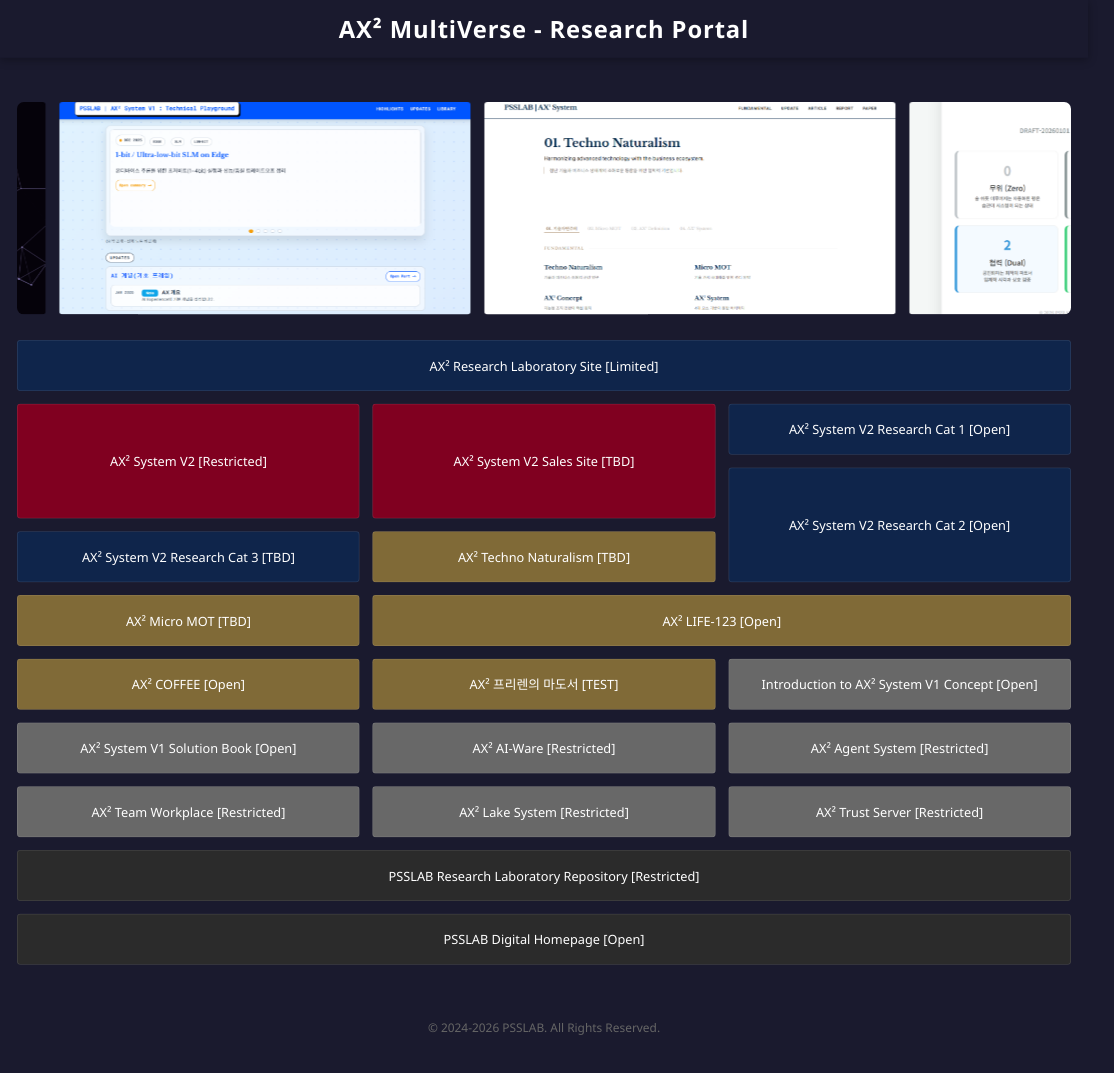
Repository: hycse89/PSSLAB_OpenSite
Page: psslab_multiverse_v3.html
The author's editor kept a copy of each file at every save. The page is drawn from the files as they stood at one save, then again after the next save.
The browser window is 1280 px wide. The page is 1310 px wide, so the pictures cover 1310 px, including what lies to the right of the window. The pictures show the whole page, at 85% of full size.

Above is the page before, as saved 2026-01-11 21:58:09.

### psslab_multiverse_v3.html
<!DOCTYPE html>
<html lang="en">
<head>
    <meta charset="UTF-8">
    <meta name="viewport" content="width=device-width, initial-scale=1.0">
    <title>PSSLAB MultiVerse Campus - Mondrian Edition</title>

    <link rel="icon" type="image/png" href="favicon.png">

    <style>
        /* General Page Styles */
        body {
            margin: 0;
            background-color: #1a1a2e;
            font-family: 'Segoe UI', Arial, sans-serif;
            display: flex;
            flex-direction: column;
            align-items: center;
            min-height: 100vh;
            color: #ffffff;
        }

        /* Fixed Header */
        .header {
            position: fixed;
            top: 0;
            left: 0;
            width: 100%;
            background-color: #1a1a2e;
            color: #ffffff;
            z-index: 1000;
            padding: 15px 0;
            box-shadow: 0 2px 10px rgba(0,0,0,0.3);
        }

        .header h1 {
            font-size: 28px;
            margin: 0;
            text-align: center;
            letter-spacing: 1px;
        }

        /* Main content container */
        .main-content {
            margin-top: 100px;
            width: 100%;
            max-width: 1400px;
            display: flex;
            flex-direction: column;
            align-items: center;
            padding: 20px;
            box-sizing: border-box;
        }

        /* Image Slider Container */
        .slider-container {
            width: 100%;
            overflow: hidden;
            margin-bottom: 30px;
            border-radius: 8px;
        }

        .slider-wrapper {
            display: flex;
            width: calc(500px * 13);
            animation: scroll 60s linear infinite;
        }

        .slider-image {
            width: 500px;
            height: 250px;
            flex-shrink: 0;
            padding: 0 8px;
            box-sizing: border-box;
        }

        .slider-image img {
            width: 100%;
            height: 100%;
            object-fit: cover;
            border-radius: 4px;
        }

        @keyframes scroll {
            0% { transform: translateX(0); }
            100% { transform: translateX(calc(-500px * 11)); }
        }

        /* --- Mondrian Grid Layout System --- */
        .link-container {
            display: grid;
            /* 최소 너비 350px 확보 */
            grid-template-columns: repeat(auto-fill, minmax(350px, 1fr));
            /* 60px 단위의 눈금 설정 */
            grid-auto-rows: 60px;
            gap: 15px;
            width: 100%;
            /* 빈 공간을 최적으로 메워주는 설정 */
            grid-auto-flow: dense;
        }

        /* Link Button Base Style */
        .link-button {
            display: flex;
            align-items: center;
            justify-content: center;
            padding: 20px;
            font-size: 15px;
            color: white;
            text-decoration: none;
            border-radius: 4px;
            transition: all 0.3s cubic-bezier(0.25, 0.8, 0.25, 1);
            text-align: center;
            box-sizing: border-box;
            line-height: 1.4;
            border: 1px solid rgba(255,255,255,0.1);
        }

        .link-button:hover {
            transform: scale(1.01);
            filter: brightness(1.2);
            box-shadow: 0 5px 15px rgba(0,0,0,0.3);
            z-index: 2;
        }

        /* --- Mondrian Size Classes (Proportional) --- */
        /* 가로 비중 */
        .w-1 { grid-column: span 1; }
        .w-2 { grid-column: span 2; }
        .w-3 { grid-column: span 3; }

        /* 세로 비중 (60px의 배수) */
        .h-1 { grid-row: span 1; } /* 120px + gap */
        .h-2 { grid-row: span 2; } /* 240px + gap */
        .h-3 { grid-row: span 3; } /* 360px + gap */

        /* 특수 크기: 제목 강조형 */
        .size-hero { grid-column: span 2; grid-row: span 4; font-size: 1.2rem; font-weight: bold; }

        /* Button Colors */
        .color-1 { background-color: #0F254B; }
        .color-2 { background-color: #800020; }
        .color-3 { background-color: #806a37; }
        .color-4 { background-color: #2b2b2b; }
        .color-5 { background-color: #686868; }

        footer {
            width: 100%;
            padding: 30px;
            text-align: center;
            background-color: #1a1a2e;
            color: #666;
            font-size: 14px;
        }

        /* Responsive */
        @media (max-width: 768px) {
            .link-container { grid-template-columns: 1fr; }
            .w-2, .h-2, .h-3, .size-hero { grid-column: span 1; grid-row: span 2; }
        }
    </style>
</head>
<body>

    <header class="header">
        <h1>AX² MultiVerse - Research Portal</h1>
    </header>

    <main class="main-content">
        <div class="slider-container">
            <div class="slider-wrapper">
                <div class="slider-image"><img src="./images/Image2.png" alt="2"></div>
                <div class="slider-image"><img src="./images/Image21.png" alt="21"></div>
                <div class="slider-image"><img src="./images/Image22.png" alt="22"></div>
                <div class="slider-image"><img src="./images/Image31.png" alt="31"></div>
                <div class="slider-image"><img src="./images/Image32.png" alt="32"></div>
                <div class="slider-image"><img src="./images/Image11.png" alt="11"></div>
                <div class="slider-image"><img src="./images/Image3.png" alt="3"></div>
                <div class="slider-image"><img src="./images/Image4.png" alt="4"></div>
                <div class="slider-image"><img src="./images/Image5.png" alt="5"></div>
                <div class="slider-image"><img src="./images/Image1.png" alt="1"></div>
                <div class="slider-image"><img src="./images/Image2.png" alt="2"></div>
            </div>
        </div>

        <div class="link-container">
            <a href="https://hycse89.github.io/PSSLAB_OpenSite/ax2_research_lab/" class="link-button color-1 w-3 h-1">AX² Research Laboratory Site [Limited]</a>

            <a href="http://localhost:8008" class="link-button color-2 w-1 h-2">AX² System V2 [Restricted]</a>
            <a href="ax2_sales/index.html" class="link-button color-2 w-1 h-2">AX² System V2 Sales Site [TBD]</a>

            <a href="ax2_v1_20260101/index.html" class="link-button color-1 h-1">AX² System V2 Research Cat 1 [Open]</a>
            <a href="ax2_v2_20260101/index.html" class="link-button color-1 h-2">AX² System V2 Research Cat 2 [Open]</a>
            <a href="ax2_v3_20260101/index.html" class="link-button color-1 h-1">AX² System V2 Research Cat 3 [TBD]</a>

            <a href="http://localhost:8001/utils/markdown_viewer.html?file=/ax_research/doc/doc_ax_techno_naturalism_v5.md" class="link-button color-3 h-1">AX² Techno Naturalism [TBD]</a>

            <a href="http://localhost:8001/utils/markdown_viewer.html?file=/ax_research/doc/doc_ax_micro_mot_v2.md" class="link-button color-3 h-1">AX² Micro MOT [TBD]</a>




            <a href="http://localhost:8001/ax_site/ax2_life_123/index.html" class="link-button color-3 w-2 h-1">AX² LIFE-123 [Open]</a>
            <a href="http://localhost:8001/ax_site/ax2_coffee/index.html" class="link-button color-3 h-1">AX² COFFEE [Open]</a>
            <a href="http://localhost:8001/ax_site/ax2_frieren/index.html" class="link-button color-3 h-1">AX² 프리렌의 마도서 [TEST]</a>

            <a href="ax2_v1_concept/ax2_homepage.html" class="link-button color-5 h-1">Introduction to AX² System V1 Concept [Open]</a>
            <a href="ax2_v1_concept/solution_book/index.html" class="link-button color-5 h-1">AX² System V1 Solution Book [Open]</a>
            <a href="http://localhost:8002" class="link-button color-5 w-1 h-1">AX² AI-Ware [Restricted]</a>
            <a href="http://localhost:8003" class="link-button color-5 w-1 h-1">AX² Agent System [Restricted]</a>
            <a href="http://localhost:8007" class="link-button color-5 w-1 h-1">AX² Team Workplace [Restricted]</a>
            <a href="http://localhost:8004" class="link-button color-5 w-1 h-1">AX² Lake System [Restricted]</a>
            <a href="http://localhost:8005" class="link-button color-5 w-1 h-1">AX² Trust Server [Restricted]</a>

            <a href="https://github.com/hycse89" class="link-button color-4 w-3 h-1">PSSLAB Research Laboratory Repository [Restricted]</a>
            <a href="http://www.psslab.co.kr" class="link-button color-4 w-3 h-1">PSSLAB Digital Homepage [Open]</a>
        </div>
    </main>

    <footer>
        <p>&copy; 2024-2026 PSSLAB. All Rights Reserved.</p>
    </footer>

</body>
</html>

After the next save:
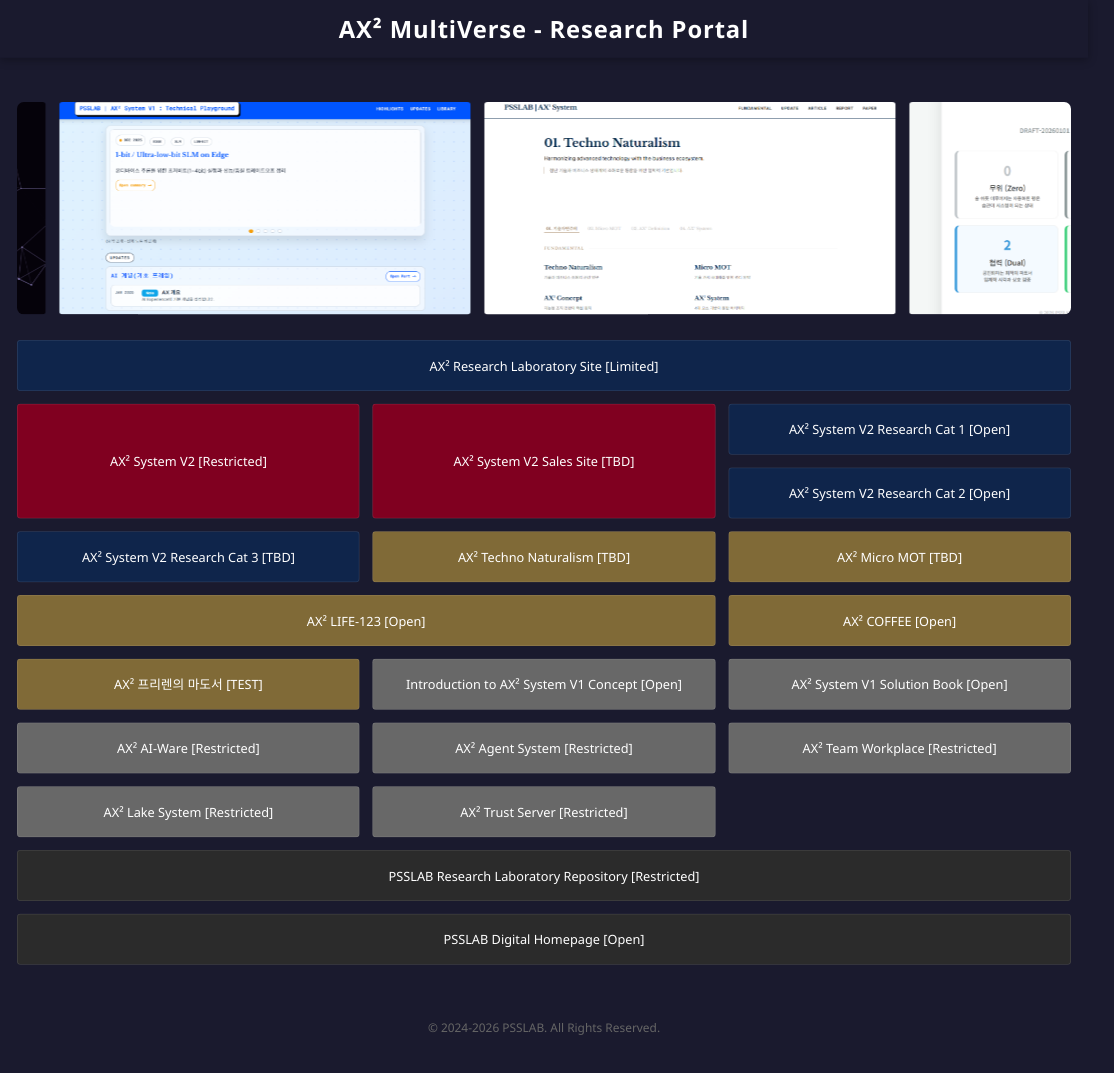
Saved 8 s later.
--- a/psslab_multiverse_v3.html
+++ b/psslab_multiverse_v3.html
@@ -190,7 +190,7 @@
             <a href="ax2_sales/index.html" class="link-button color-2 w-1 h-2">AX² System V2 Sales Site [TBD]</a>
 
             <a href="ax2_v1_20260101/index.html" class="link-button color-1 h-1">AX² System V2 Research Cat 1 [Open]</a>
-            <a href="ax2_v2_20260101/index.html" class="link-button color-1 h-2">AX² System V2 Research Cat 2 [Open]</a>
+            <a href="ax2_v2_20260101/index.html" class="link-button color-1 h-1">AX² System V2 Research Cat 2 [Open]</a>
             <a href="ax2_v3_20260101/index.html" class="link-button color-1 h-1">AX² System V2 Research Cat 3 [TBD]</a>
 
             <a href="http://localhost:8001/utils/markdown_viewer.html?file=/ax_research/doc/doc_ax_techno_naturalism_v5.md" class="link-button color-3 h-1">AX² Techno Naturalism [TBD]</a>
